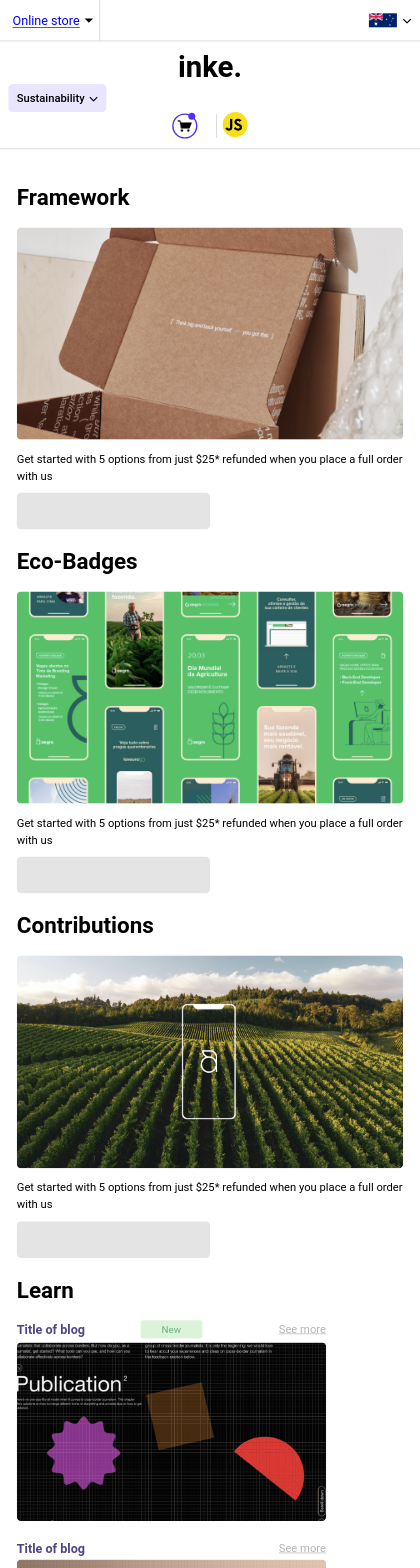
Repository: NguyenMinhKhanhB1909929/Practice_HTML-01
Page: index.html
The author's editor kept a copy of each file at every save. The page is drawn from the files as they stood at one save, then again after the next save.
The browser window is 600 px wide. The pictures show the part of the page from y = 0 to 2240 px (the page is 2840 px tall), at 70% of full size.
Some web libraries are served in a nearby version.

Above is the page before, as saved 2022-04-07 21:37:37.

### index.html
<!DOCTYPE html>
<html lang="en">
  <head>
    <meta charset="UTF-8" />
    <meta http-equiv="X-UA-Compatible" content="IE=edge" />
    <meta name="viewport" content="width=device-width, initial-scale=1.0" />
    <title>Practice 1</title>
    <link rel="stylesheet" href="./asset/style/style.css" />
    <link
      rel="stylesheet"
      href="https://cdnjs.cloudflare.com/ajax/libs/font-awesome/6.1.1/css/all.min.css"
    />
  </head>
  <body>
    <div class="main">
      <div class="header">
        <div class="header__about">
          <div class="header__about-text">
            <a href="" class="active">Online store</a>
          </div>
          <div class="header__about-text">
            <a href="">Quotes</a>
          </div>
          <div class="header__about-text">
            <img
              src="https://emojipedia-us.s3.dualstack.us-west-1.amazonaws.com/thumbs/120/google/313/waving-hand_1f44b.png"
              alt=""
              class="header__about-text__img"
            />
            <p class="m-0">
              <a href="">Contact us</a>
            </p>
          </div>
        </div>
        <div class="header__nation">
          <div class="header__nation-wrap">
            <div class="header__nation-flag">
              <img
                src="./asset/img/Australia.svg.webp"
                alt="abc"
                class="header__nation-flag-img"
              />
            </div>
            <div class="header__nation-name">
              <p class="m-0">Australia</p>
            </div>
            <div class="header__nation-icon">
              <i class="fa-solid fa-chevron-down"></i>
            </div>
          </div>
        </div>
      </div>
      <nav class="nav">
        <div class="nav__category">
          <div class="nav__logo">
            <a href="" class="nav__logo-link">inke.</a>
          </div>

          <div class="nav__category-opt-group">
            <div class="nav__category-opt">
              <p class="nav__category-opt-name">Shop</p>
              <div class="nav__category-opt-icon">
                <i class="fa-solid fa-chevron-down"></i>
              </div>
            </div>
            <div class="nav__category-opt">
              <p class="nav__category-opt-name">Resources</p>
              <div class="nav__category-opt-icon">
                <i class="fa-solid fa-chevron-down"></i>
              </div>
            </div>
            <div class="nav__category-opt active-btn">
              <p class="nav__category-opt-name">Sustainability</p>
              <div class="nav__category-opt-icon">
                <i class="fa-solid fa-chevron-down"></i>
              </div>
            </div>
          </div>
        </div>
        <div class="nav__wrap">
          <div class="nav__icon-wrap">
            <div class="nav__icon">
              <img
                src="./asset/img/seven-pointed-star-vector-icon-seven-pointed-star-icon-vector-seven-pointed-star-icon-seven-pointed-star-vector-icon-96183751.jpg"
                alt=""
                class="nav__icon-img"
              />
            </div>
            <div class="nav__icon">
              <img
                src="./asset/img/heart-icon-free-vector.jpg"
                alt=""
                class="nav__icon-img"
              />
            </div>
            <div class="nav__icon active-icon">
              <img
                src="./asset/img/cart-icon-20.jpg"
                alt=""
                class="nav__icon-img"
              />
            </div>
          </div>
          <div class="nav__dash-wrap">
            <div class="nav__das-group">
              <p class="m-0 nav__das-text">Dashboard</p>
              <div class="nav__dash-icon">
                <i class="fa-solid fa-chevron-down"></i>
              </div>
            </div>
            <div class="nav__dash-user">
              <img
                src="./asset/img/images.png"
                alt=""
                class="nav__dash-user-img"
              />
            </div>
          </div>
        </div>
      </nav>
      <div class="container">
        <div class="row">
          <div class="col">
            <div class="container__heading">
              <p class="m-0 container__heading-name">Framework</p>
            </div>
            <div class="container__content">
              <img
                src="./asset/img/image 1.PNG"
                alt=""
                class="container__content-img"
              />
              <p class="container__content-desc">
                Get started with 5 options from just $25* refunded when you
                place a full order with us
              </p>
            </div>
            <button class="btn"></button>
          </div>
          <div class="col">
            <div class="container__heading">
              <p class="m-0 container__heading-name">Eco-Badges</p>
            </div>
            <div class="container__content">
              <img
                src="./asset/img/image2.PNG"
                alt=""
                class="container__content-img"
              />
              <p class="container__content-desc">
                Get started with 5 options from just $25* refunded when you
                place a full order with us
              </p>
            </div>
            <button class="btn"></button>
          </div>
          <div class="col">
            <div class="container__heading">
              <p class="m-0 container__heading-name">Contributions</p>
            </div>
            <div class="container__content">
              <img
                src="./asset/img/image3.PNG"
                alt=""
                class="container__content-img"
              />
              <p class="container__content-desc">
                Get started with 5 options from just $25* refunded when you
                place a full order with us
              </p>
            </div>
            <button class="btn"></button>
          </div>
          <div class="col">
            <div class="container__heading">
              <p class="m-0 container__heading-name">Learn</p>
            </div>
            <div class="container__content">
              <div class="container__content-group">
                <div class="container__content-group-img">
                  <img
                    src="./asset/img/image4.PNG"
                    alt=""
                    class="content-img"
                  />
                </div>
                <div class="container__content-group-title-more">
                  <div class="container__content-title-group">
                    <p class="container__content-title">Title of blog</p>
                    <a class="container__content-title-btn">New</a>
                  </div>
                  <a href="" class="container__content-more">See more</a>
                </div>
              </div>
              <div class="container__content-group">
                <div class="container__content-group-img">
                  <img
                    src="./asset/img/image6.PNG"
                    alt=""
                    class="content-img"
                  />
                </div>
                <div class="container__content-group-title-more">
                  <p class="container__content-title">Title of blog</p>
                  <a href="" class="container__content-more">See more</a>
                </div>
              </div>
              <div class="container__content-group">
                <div class="container__content-group-img">
                  <img
                    src="./asset/img/image7.PNG"
                    alt=""
                    class="content-img"
                  />
                </div>
                <div class="container__content-group-title-more">
                  <p class="container__content-title">Title of blog</p>
                  <a href="" class="container__content-more">See more</a>
                </div>
              </div>
            </div>
          </div>
        </div>
      </div>
    </div>
  </body>
</html>

### asset/style/style.css
* {
  box-sizing: border-box;
  margin: 0;
  font-family: "Roboto", sans-serif;
}
.m-0 {
  margin: 0;
}
.cur {
  cursor: pointer;
}
.main {
  width: 100%;
}
.header {
  padding: 0 30px;
  display: flex;
  font-size: 18px;
  justify-content: space-between;
  border-bottom: 1px solid #ccc;
}
.header__about {
  display: flex;
}
.header__about-text {
  padding: 24px 32px;
  display: flex;
  border-right: 1px solid #ccc;
}
.header__about-text:hover a {
  color: blue;
  cursor: pointer;
}
.header__about-text__img {
  width: 18px;
  height: 18px;
  display: flex;
  align-items: center;
  margin: 0 6px;
}
.header__nation {
  display: flex;
  align-items: center;
}
.header__nation-wrap {
  display: flex;
  cursor: pointer;
}
.header__nation-flag {
  display: flex;
  align-items: center;
}
.header__nation-flag-img {
  width: 40px;
}
.header__nation-name {
  padding: 24px 8px;
}
.header__nation-icon {
  display: flex;
  align-items: center;
  margin: 0 32px 0 4px;
  font-size: 13px;
}
.active {
  color: blue;
  border-bottom: 1px solid blue;
}
a {
  text-decoration: none;
  color: #000;
}

.nav {
  padding: 30px 62px;
  display: flex;
  font-size: 18px;
  justify-content: space-between;
  align-items: center;
  border-bottom: 1px solid #ccc;
}
.nav__category {
  display: flex;
  align-items: center;
}
.nav__logo {
  padding: 0 24px;
}
.nav__logo-link {
  font-size: 42px;
  font-weight: bold;
}
.nav__wrap {
  display: flex;
  align-items: center;
}
.nav__icon-wrap {
  display: flex;
  padding-right: 20px;
  position: relative;
  align-items: center;
  position: relative;
}

.nav__icon {
  width: 36px;
  height: 36px;
  border-radius: 100rem;
  border: 2px solid #ccc;
  display: flex;
  justify-content: center;
  align-items: center;
  margin-right: 8px;
  cursor: pointer;
}
.active-icon {
  border: 2px solid #552ef5;
  position: relative;
}
.active-icon::after {
  content: "";
  display: block;
  width: 10px;
  height: 10px;
  background-color: #552ef5;
  position: absolute;
  border-radius: 100rem;
  top: -3px;
  right: 1px;
}
.nav__icon-wrap::after {
  content: "";
  position: absolute;
  display: block;
  height: 34px;
  width: 1px;
  background-color: #ccc;
  right: 0;
  top: 50%;
  transform: translateY(-50%);
}
.nav__dash-wrap {
  display: flex;
  align-items: center;
}
.nav__das-text {
  margin-left: 28px;
}
.nav__dash-icon {
  font-size: 13px;
  margin: 0 12px;
}
.nav__category-opt-group {
  display: flex;
}
.nav__category-opt {
  cursor: pointer;
  width: 140px;
  height: 40px;
  border-radius: 6px;
  border: none;
  background-color: #f0f0f0;
  margin-left: 12px;
  padding: 0 12px;
  display: flex;
  align-items: center;
  justify-content: space-between;
  font-size: 16px;
  font-weight: 500;
}
.nav__category-opt:hover {
  background-color: #eae5ff;
}
.nav__category-opt-icon {
  font-size: 13px;
  font-weight: bold;
}
.nav__dash-user {
  margin-left: 8px;
}
.nav__dash-user-img {
  width: 36px;
  border-radius: 100rem;
  height: 36px;
  object-fit: cover;
}
.nav__icon-img {
  width: 28px;
  height: 28px;
  border-radius: 100rem;
}
.active-btn {
  background-color: #eae5ff;
}
.container {
  margin: 0 80px;
  padding: 50px 0 0 0;
}
.row {
  display: flex;
}
.col {
  width: 25%;
  padding: 0 12px;
}
.container__heading {
}

.container__heading-name {
  font-size: 22px;
  font-weight: 600;
}
.container__content {
  margin-top: 24px;
}
.container__content-img {
  width: 100%;
  border-radius: 6px;
  margin-bottom: 18px;
  cursor: pointer;
}
.container__content-desc {
  font-size: 13px;
  line-height: 18px;
}
.btn {
  height: 34px;
  width: 96px;
  background-color: #e4e4e4;
  border: none;
  border-radius: 6px;
  margin-top: 24px;
  cursor: pointer;
}
.container__content-group {
  display: flex;
  margin-bottom: 20px;
}
.container__content-group-img {
  margin-right: 12px;
  width: 50%;
  cursor: pointer;
}
.content-img {
  width: 100%;
  border-radius: 6px;
}
.container__content-group-title-more {
  width: 50%;
  display: flex;
  flex-direction: column;
  justify-content: space-evenly;
}
.container__content-title-group {
  display: flex;
  width: 100%;
}
.container__content-title {
  font-size: 18px;
  font-weight: 600;
  color: #4d4488;
  width: 80%;
}
.container__content-title-btn {
  font-size: 10px;
  background-color: #ddf3d9;
  width: 20%;
  height: 20px;
  border-radius: 3px;
  text-align: center;
  line-height: 24px;
  color: #66b27e;
}
.container__content-more {
  font-size: 16px;
  color: #b5b5b5;
  text-decoration: underline;
  max-width: 392px;
}
.nav__das-group {
  display: flex;
  align-items: center;
  cursor: pointer;
}

/* ---------------------Responsive------------------- */
/* PC */
@media screen and (min-width: 64em) {
}
/* Tablet */
@media screen and (min-width: 46.25em) and (max-width: 63.9375em) {
  /* Header */
  .header {
    padding: 0 0;
  }
  .header__nation-name {
    display: none;
  }
  .header__nation-icon {
    margin-left: 12px;
    margin-right: 24px;
  }
  .header__nation-flag-img {
    width: 48px;
  }
  /* Nav */
  .nav {
    padding-left: 0;
    padding-right: 0;
  }
  .nav__das-group {
    display: none;
  }
  .nav__category-opt {
    width: auto;
    height: 46px;
  }
  .nav__category-opt-name {
    margin-right: 8px;
  }
  .nav__dash-user {
    margin-left: 12px;
    margin-right: 20px;
  }
  .nav__icon-wrap {
    padding-right: 12px;
  }
  .nav__logo {
    padding-right: 12px;
  }
  /* Container */
  .container {
    margin: 0 10px;
  }
  .row {
    flex-wrap: wrap;
  }
  .col {
    width: 50%;
    margin-bottom: 32px;
    padding: 0 24px;
  }
  .btn {
    height: 46px;
    width: 120px;
    margin-top: 16px;
  }
  .container__content-desc {
    font-size: 16px;
    line-height: 24px;
  }
  .container__heading-name {
    font-size: 28px;
  }
}

/* Mobile */
@media screen and (max-width: 46.1875em) {
  /* Header */
  .header {
    padding: 0;
  }
  .header__about-text:nth-child(1) {
    padding: 18px 28px 18px 18px;
    position: relative;
    cursor: pointer;
  }
  .header__about-text:nth-child(1)::after {
    content: "";
    display: block;
    position: absolute;
    top: 56%;
    transform: translateY(-45%);
    right: 9px;
    border: 6px solid transparent;
    border-color: #000 transparent transparent transparent;
  }
  .header__about-text:nth-child(2),
  .header__about-text:nth-child(3) {
    display: none;
  }
  .header__nation-name {
    display: none;
  }
  .header__nation-icon {
    margin: 0 12px 0 8px;
  }
  /* Nav */
  .nav {
    padding: 12px 0;
    flex-direction: column;
  }
  .nav__category {
    flex-direction: column;
    width: 100%;
  }
  .nav__das-group {
    display: none;
  }
  .nav__category-opt:nth-child(1),
  .nav__category-opt:nth-child(2) {
    display: none;
  }
  .nav__category-opt-group {
    width: 100%;
    justify-content: flex-start;
  }
  .nav__icon:nth-child(1),
  .nav__icon:nth-child(2) {
    display: none;
  }
  /* Container */
  .container {
    margin: 0 12px;
  }
  .row {
    flex-direction: column;
  }
  .col {
    width: 100%;
    margin-bottom: 24px;
  }
  .container__content-img {
    margin-bottom: 12px;
  }
  .container__heading-name {
    font-size: 32px;
  }
  .container__content-desc {
    font-size: 16px;
    line-height: 24px;
  }
  .btn {
    margin-top: 12px;
    width: 50%;
    height: 52px;
  }
  .container__content-group {
    flex-direction: column-reverse;
    margin-bottom: 24px;
  }
  .container__content-group-img {
    width: 100%;
  }
  .content-img {
    width: 80%;
  }
  .container__content-group-title-more {
    display: flex;
    flex-direction: row;
    width: 80%;
    margin-bottom: 6px;
    align-items: center;
  }
  .container__content-title {
    width: 60%;
  }
  .container__content-title-btn {
    width: 30%;
    height: 26px;
    font-size: 14px;
    line-height: 26px;
  }
  .container__content-more {
    width: 50%;
    text-align: right;
  }
  .container__content-title-group {
    align-items: center;
  }
}

After the next save:
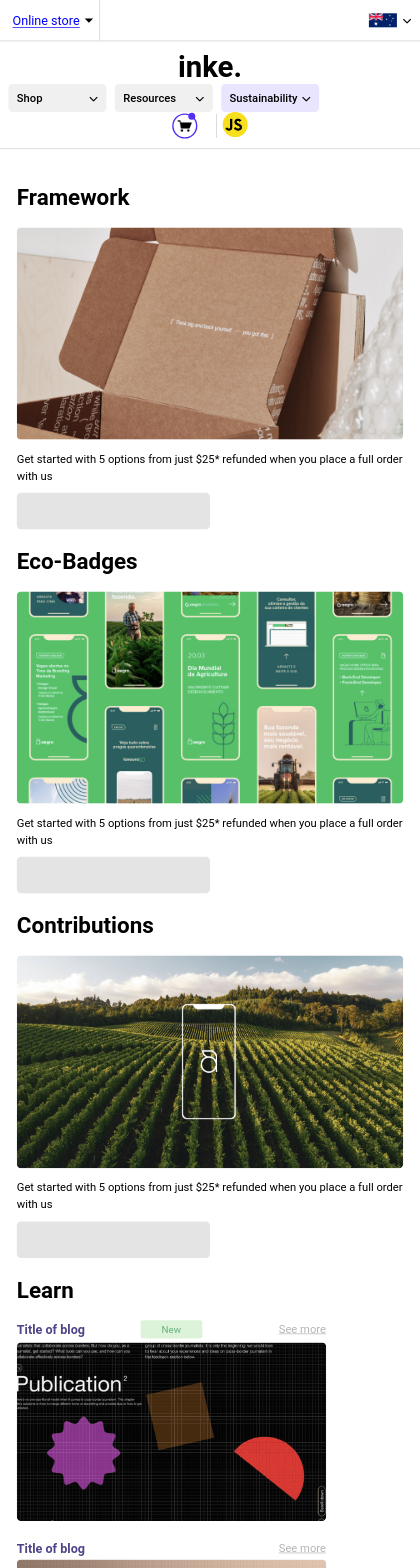
Saved 43 s later.
--- a/asset/style/style.css
+++ b/asset/style/style.css
@@ -397,10 +397,6 @@ a {
   .nav__das-group {
     display: none;
   }
-  .nav__category-opt:nth-child(1),
-  .nav__category-opt:nth-child(2) {
-    display: none;
-  }
   .nav__category-opt-group {
     width: 100%;
     justify-content: flex-start;
